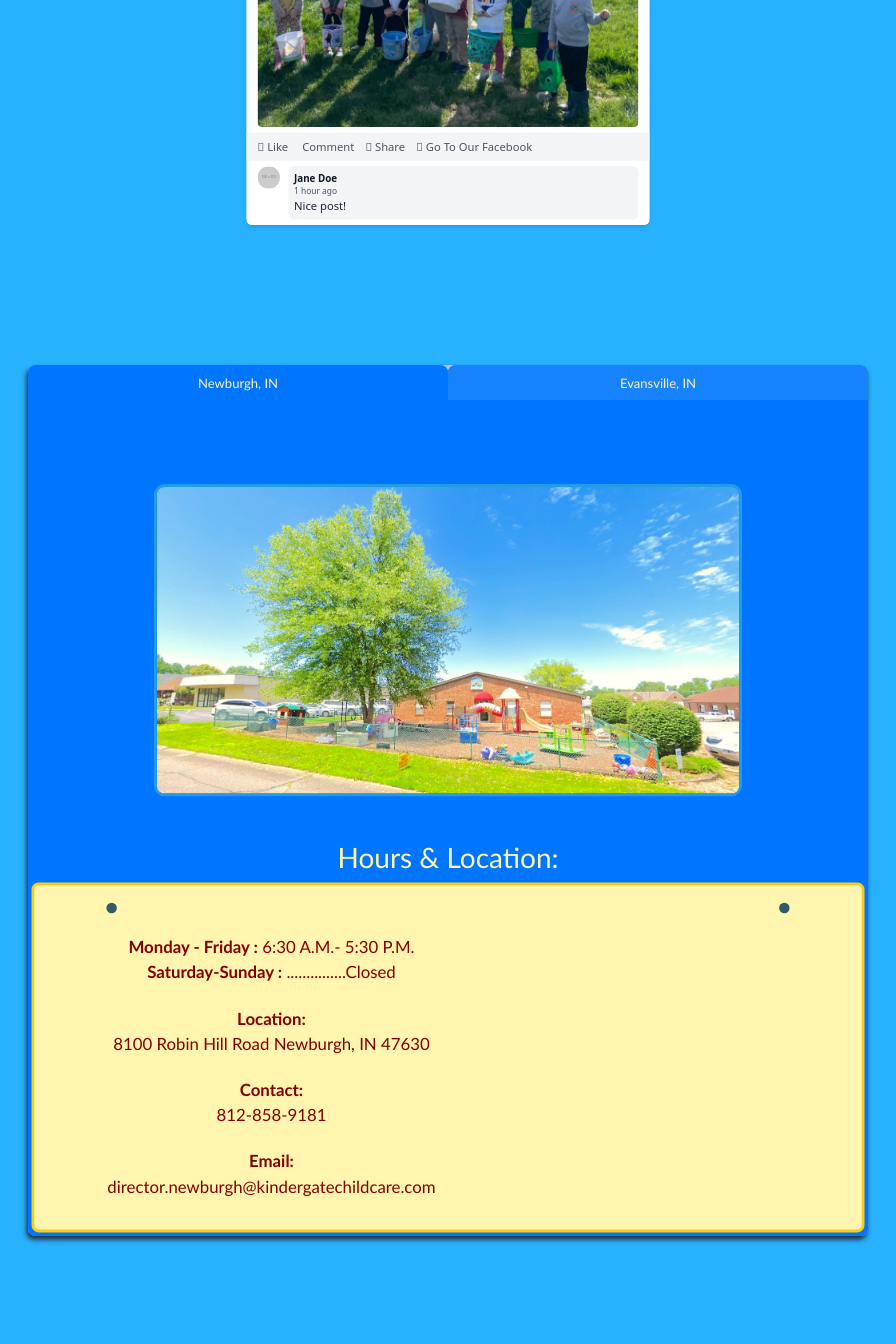
Repository: Parkerboling1/Kindergate-Final-Copy-copy
Page: index.html
An editor plug-in stored every save of this project. The page is shown before and after the next save, followed by the edit.
The browser window is 1280 px wide. The pictures show the part of the page from y = 2581 to 4501 px (the page is 4761 px tall before and 4785 px after), at 70% of full size.
Pictures or frames that could not be fetched are drawn as grey boxes. Some web libraries are served in a nearby version.

Above is the page before, as saved 2024-06-04 12:39:16.
Console error: TypeError: Cannot read properties of null (reading 'addEventListener')

After the next save:
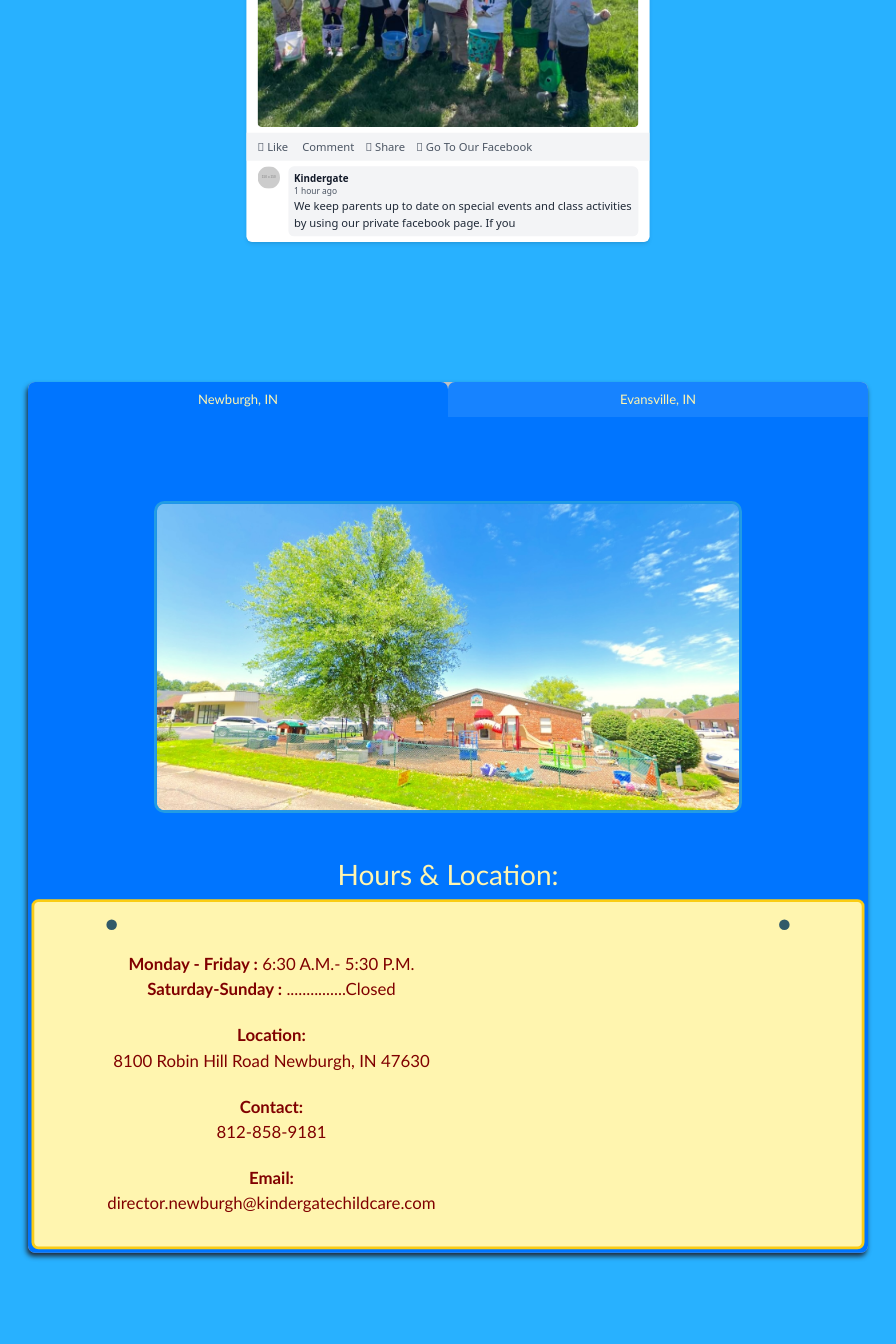
Saved 2 min 54 s later.
--- a/index.html
+++ b/index.html
@@ -239,9 +239,9 @@
                 <img class="h-8 w-8 rounded-full" src="https://via.placeholder.com/150" alt="Commenter Picture">
                 <div class="ml-3 w-full">
                     <div class="bg-gray-100 p-2 rounded-lg">
-                        <div class="text-sm font-semibold text-gray-900">Jane Doe</div>
+                        <div class="text-sm font-semibold text-gray-900">Kindergate</div>
                         <div class="text-xs text-gray-600">1 hour ago</div>
-                        <p class="text-gray-800">Nice post!</p>
+                        <p class="text-gray-800">We keep parents up to date on special events and class activities by using our private facebook page. If you </p>
                     </div>
                 </div>
             </div>
